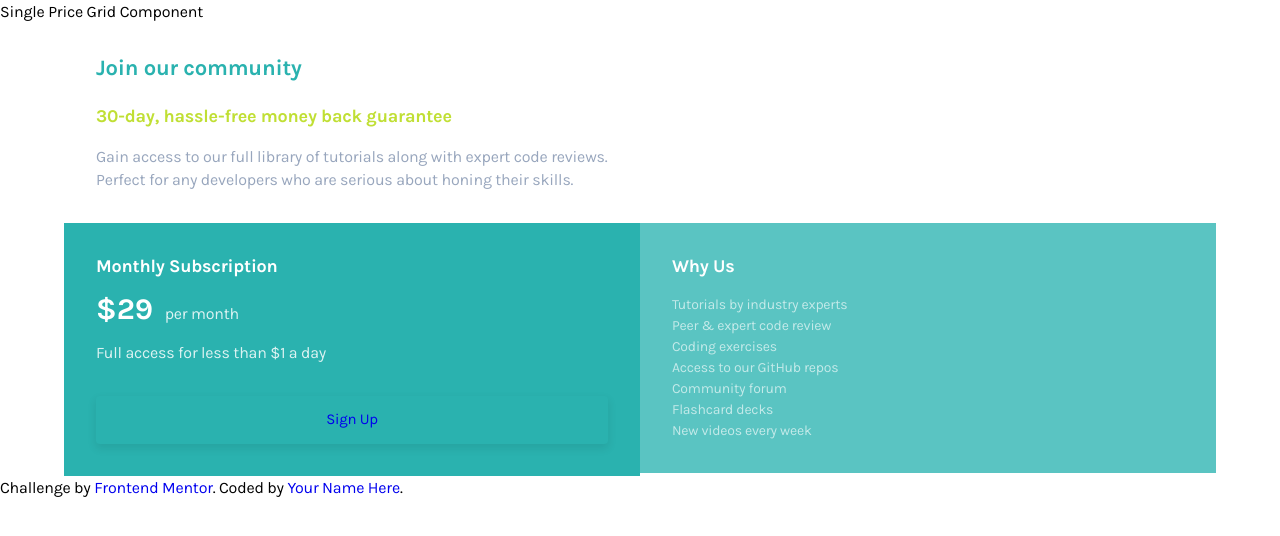
Repository: bangjuyoung/bangjuyoung
Page: practice/frontend-mentor/single-price-grid-component/index.html
An editor plug-in stored every save of this project. The page is shown before and after the next save, followed by the edit.
The browser window is 1280 px wide. The pictures show the whole page.

Above is the page before, as saved 2019-06-16 14:46:48.

### practice/frontend-mentor/single-price-grid-component/index.html
<!DOCTYPE html>
<html lang="en">

<head>
  <meta charset="UTF-8">
  <meta name="viewport" content="width=device-width, initial-scale=1.0">
  <title>Frontend Mentor | Single Price Grid Component</title>
  <link rel="icon" type="image/png" sizes="32x32" href="./images/favicon-32x32.png">
  <link rel="stylesheet" href="../../../assets/css/base.css">
  <link href="https://fonts.googleapis.com/css?family=Karla:400,700&display=swap" rel="stylesheet">
  <link rel="stylesheet" href="./default.css">
</head>

<body>
  <main role="main">
    <h1>Single Price Grid Component</h1>
    <article class="single-price__wrapper">

      <div class="single-price__primary">
        <section class="text-primary--gray single-price single-price1">
          <div class="single-price__body">
            <h2 class="text-primary single-price__title">Join our community</h2>
            <h3 class="text-secondary single-price__subtitle">30-day, hassle-free money back guarantee</h3>
            <p>Gain access to our full library of tutorials along with expert code reviews.</p>
            <p>Perfect for any developers who are serious about honing their skills.</p>
          </div>
        </section>
      </div>

      <div class="single-price__secondary">
        <section class="theme-primary single-price single-price2">
          <div class="single-price__body">
            <h3 class="text-white single-price__subtitle">Monthly Subscription</h3>
            <div class="single-price__divider">
              <p class="text-light single-price__text"><strong
                  class="text-white single-price__display1">&dollar;29</strong> per month</p>
              <p class="single-price__text">Full access for less than &dollar;1 a day</p>
            </div>
            <a href="/" class="btn btn-secondary btn-block btn--float">Sign Up</a>
          </div>
        </section>

        <section class="theme-primary--light single-price single-price3">
          <div class="single-price__body single-price__body2">
            <h4 class="text-white single-price__subtitle">Why Us</h4>
            <p>
              Tutorials by industry experts<span class="newline"></span>
              Peer &amp; expert code review<span class="newline"></span>
              Coding exercises<span class="newline"></span>
              Access to our GitHub repos<span class="newline"></span>
              Community forum<span class="newline"></span>
              Flashcard decks<span class="newline"></span>
              New videos every week
            </p>
          </div>
        </section>
      </div>

    </article>
  </main>


  <footer role="contentinfo">
    <p class="attribution">
      Challenge by <a href="https://www.frontendmentor.io?ref=challenge" target="_blank" rel="noopener">Frontend
        Mentor</a>.
      Coded by <a href="#">Your Name Here</a>.
    </p>
  </footer>
</body>

</html>

### assets/css/base.css
@charset "UTF-8";

/*
// Base
//
// Normalization of HTML elements, manually forked from Normalize.css to remove
// styles targeting irrelevant browsers while applying new styles.
//
// Normalize is licensed MIT. https://github.com/necolas/normalize.css
*/

/*
 * Document
 */

*,
*::before,
*::after {
  /* padding 과 border 가 요소 너비에 포함되도록 설정 */
  box-sizing: border-box;
}

html {
  /* 모든 브라우저에 기본 폰트 및 line-height 설정 */
  font-family: sans-serif;
  line-height: 1.15;
  /* window 폰의 IE 나 iOS 에서 방향 변경시 폰트 사이즈 수정되는 현상 막음 */
  -webkit-text-size-adjust: 100%;
  /* @viewport 설정시 IE11 과 Edge 에서 스크롤바가 컨텐트에 겹치므로 겹치지 않고 자동 숨김 되지 않도록 강제 */
  -ms-overflow-style: scrollbar;
  /* iOS 에서 완전히 투명으로 보이기 위해 기본 탭 하이라이트 변경 */
  -webkit-tap-highlight-color: rgba(0, 0, 0, 0);
}

/* IE10 이하 및 오래된 브라우저에서 새 HTML5 요소들 맞게 표시 */
article,
aside,
figcaption,
figure,
footer,
header,
hgroup,
main,
nav,
section {
  display: block;
}

/* 여백 초기화 */
body,
h1,
h2,
h3,
h4,
h5,
h6,
p,
ol,
ul,
dl,
blockquote,
pre,
figure,
input,
button,
select,
optgroup,
textarea,
fieldset {
  margin: 0;
}

/*
 * Body
 */

/*
  -apple-system, // Safari for OS X and iOS (San Francisco)
  BlinkMacSystemFont, // Chrome < 56 for OS X (San Francisco)
  "Segoe UI", // Windows
  "Roboto", // Android
  "Helvetica Neue", Arial, sans-serif, // Basic web fallback
  "Apple Color Emoji", "Segoe UI Emoji", "Segoe UI Symbol" !default; // Emoji fonts
 */

body {
  font-family: -apple-system, BlinkMacSystemFont, 'Segoe UI', Roboto,
    'Helvetica Neue', Arial, Noto Sans, sans-serif, 'Apple Color Emoji',
    'Segoe UI Emoji', 'Segoe UI Symbol', 'Noto Color Emoji';
  font-size: 1rem;
  font-weight: 400;
  line-height: 1.5;
  /* 명시적으로 기본값을 지정해 하위 요소들이 상속 받을 수 있게 함 */
  text-align: left;
  /* 기본 배경색 지정 */
  background-color: #fff;
}

body,
input,
textarea,
select,
button {
  font-synthesis: none;
  -moz-font-feature-settings: 'kern';
  -webkit-font-smoothing: antialiased;
  -moz-osx-font-smoothing: grayscale;
}

/*
 * Future-proof rule: in browsers that support :focus-visible,
 * focus outline 을 표시하지 않는 요소에 프로그램적으로 포커스가 갔을때 focus outline 숨김
 *
 * See https://developer.mozilla.org/en-US/docs/Web/CSS/:focus-visible
 * and https://developer.paciellogroup.com/blog/2018/03/focus-visible-and-backwards-compatibility/
 */
[tabindex='-1']:focus:not(:focus-visible) {
  outline: 0 !important;
}

/*
 * Content grouping
 *
 */

hr {
  box-sizing: content-box;
  height: 0;
  /* Edge와 ie에서 overflow 표시 */
  overflow: visible;
}

/*
 * Typography
 */

h1,
h2,
h3,
h4,
h5,
h6 {
  font-size: inherit;
  font-weight: inherit;
}

/*
 * Abbreviations
 */

abbr[title] {
  /* Chrome, Edge, IE, Opera, 그리고 Safari 에서 테스트 표시줄 스타일 정정 */
  text-decoration: underline;
  text-decoration: underline dotted;
  /* 바뀐 행위를 나타내기 위해 명시적으로 커서를 추가 */
  cursor: help;
  /* Firefox 39이하에서 나타나는 테스트 하단 테투리 제거 */
  border-bottom: 0;
  /* 텍스트 표시줄이 건너뛰지 않도록 설정 */
  text-decoration-skip-ink: none;
}

address {
  font-style: normal;
  line-height: inherit;
}

b,
strong {
  /* Chrome, Edge, 그리고 Safari 에서 올바른 글자 굵기 정정 */
  font-weight: bolder;
}

small {
  /* 모든 브라우저에서 글자 크기 정정 */
  font-size: 85%;
}

/*
 * 모든 브라우저에서 sub 과 sup 요소들이 즐 간격 영향 받지 않도록 설정
 */

sub,
sup {
  position: relative;
  font-size: 75%;
  line-height: 0;
  vertical-align: baseline;
}

sub {
  bottom: -0.25em;
}

sup {
  top: -0.5em;
}

/*
 * Links
 */

a {
  text-decoration: none;
  /* IE 10 에서 현재 열려 있는 링크에 나타나는 회색배경색을 제거 */
  background-color: transparent;
}

a:hover {
  text-decoration: underline;
}

/*
 * tablindex 없이는 명시적으로 키보드 포커스가 가능하지 않도록 href 속성이 없는 플레이스 홀더 링크/네임 앵커에 대한 스타일 재지정
 * 단순히 a[href] 로 스타일 지정이 간단할 수 있지만, 많은 다른 스타일내에서 고치기엔 복잡한 특정 이슈 유발 가능성 존재
 * See https://github.com/twbs/bootstrap/issues/19402
 */

a:not([href]):not([tabindex]) {
  color: inherit;
  text-decoration: none;
}

a:not([href]):not([tabindex]):hover,
a:not([href]):not([tabindex]):focus {
  color: inherit;
  text-decoration: none;
}

a:not([href]):not([tabindex]):focus {
  outline: 0;
}

/*
 * Code
 */

pre,
code,
kbd,
samp {
  font-family: SFMono-Regular, Menlo, Monaco, Consolas, 'Liberation Mono',
    'Courier New', monospace;
  /* 모든 브라우저에서 이상한 em 글자 크기 정정 */
  font-size: 1em;
}

pre {
  /* 바깥 영역을 깨지 않도록 내용 영역 오버플로우 설정 */
  overflow: auto;
  /* IE11 와 Edge 에서 @viewport 설정시 스크롤바가 내용을 덮는 현상에서 내용 덮지 않고 자동으로 숨겨지지 않도록 재지정  */
  -ms-overflow-style: scrollbar;
}

/*
 * Images and content
 */

img {
  vertical-align: middle;
  /* IE10 이하에서 링크 내 이미지 요소들에 테두리 제거 */
  border-style: none;
}

svg {
  /*
     * IE10/11 에서 오버플로우 되는 버그로 인해 필요
     * See https://github.com/twbs/bootstrap/issues/26878
     */
  overflow: hidden;
  vertical-align: middle;
}

/*
 * Tables
 */

table {
  /* Prevent double borders 테두리들이 맞 닿았을 때 합쳐지도록 설정 */
  border-collapse: collapse;
}

/* body 요소나 가장 가까운 부모로 부터 지정된 텍스트 정렬 요소를 상속해 td 요소 정렬과 일치 */
caption,
th {
  text-align: inherit;
}

/*
 * Forms
 */

/*
 * macOS Chrome 에서 추가되는 기본 border-radius  제거
 * Details at https://github.com/twbs/bootstrap/issues/24093
 */
button {
  border-radius: 0;
}

/* Firefox/IE 에서 button 배경색이 투명일 때 기본 button 포커스 스타일이 손실되는 버그 피함
 * Credit: https://github.com/suitcss/base/
 */
button:focus {
  outline: 1px dotted;
  outline: 5px auto -webkit-focus-ring-color;
}

input,
button,
select,
optgroup,
textarea {
  font-family: inherit;
  font-size: inherit;
  line-height: inherit;
}

button,
input {
  /* Edge 에서 overflow 보임  */
  overflow: visible;
}

button,
select {
  /* Firefox 에서 텍스트 변형 상속되는 것을 제거 */
  text-transform: none;
}

/* 1. Android 4 에서 기본 audio 와 video 컨트롤이 제거되는 WebKit 버그 제거 */
button,
[type="button"],
/* 1 */
[type="reset"],
[type="submit"] {
  /* iOS 와 Safari 에서 클릭 가능한 타입으로 스타일 정정  */
  -webkit-appearance: button;
}

/* Firefox 에서 안쪽 테두리와 여백 제거하고 Normalize 처럼 outline 을 복원하지 않음 */
button::-moz-focus-inner,
[type='button']::-moz-focus-inner,
[type='reset']::-moz-focus-inner,
[type='submit']::-moz-focus-inner {
  padding: 0;
  border-style: none;
}

/* IE 10 이하에서 box sizing 정정 추가 및 padding 제거 */
input[type='radio'],
input[type='checkbox'] {
  box-sizing: border-box;
  padding: 0;
}

input[type='date'],
input[type='time'],
input[type='datetime-local'],
input[type='month'] {
  /* Mobile Safari 에서 line-height 설정시 텍스트가 input 내 수직 중양 정렬되지 않는 버그를 피하기 위해 시간 input 기본 모양 제거
    // See https://bugs.webkit.org/show_bug.cgi?id=139848
    // and https://github.com/twbs/bootstrap/issues/11266
    */
  -webkit-appearance: listbox;
}

textarea {
  /* IE 에서 기본 수직 스크롤바 제거 */
  overflow: auto;
  /* textarea 는 수직으로만 리사이즈 되도록 설정 */
  resize: vertical;
}

fieldset {
  /*
     * fieldsets 은 min-width이 min-content 로 일반 블록 요소처럼 min-width 재지정
     * See https://github.com/twbs/bootstrap/issues/12359
     * and https://html.spec.whatwg.org/multipage/#the-fieldset-and-legend-elements
     * 페이지 레이아웃에 영향을 주지 않도록 기본 스타일 리셋
     */
  min-width: 0;
  padding: 0;
  border: 0;
}

/* 1. Edge 와 IE 에서 텍스트 래핑 정정 */
legend {
  display: block;
  width: 100%;
  /* 1 */
  max-width: 100%;
  margin-bottom: 0.5rem;
  padding: 0;
  font-size: 1.5rem;
  /* IE 에서 fieldset 요소로 부터 색상 상속하도록 정정 */
  color: inherit;
  line-height: inherit;
  /* 1 */
  white-space: normal;
}

progress {
  /* Chrome, Firefox, Opera 에서 vertical alignment 스타일 추가 */
  vertical-align: baseline;
}

[type='number']::-webkit-inner-spin-button,
[type='number']::-webkit-outer-spin-button {
  /* Chrome 에서 증감 버튼 커서 스타일 정정 */
  height: auto;
}

[type='search'] {
  /*
     * iOS 에서 검색 input 의 추가적인 둥근 코너를 오버라이드하여
     * 기본 form-control 클래스 스타일이 적절히 스타일 적용될 수 있도록 함
     * https://github.com/twbs/bootstrap/issues/11586.
     * Safari 에서 outline 스타일 정정
     */
  outline-offset: -2px;
  -webkit-appearance: none;
}

/*
 * macOS 에서 Chrome 과 Safari 에서 안쪽 여백 제거
 */

[type='search']::-webkit-search-decoration {
  -webkit-appearance: none;
}

::-webkit-file-upload-button {
  font: inherit;
  /* iOS 와 Safari 에서 클릭가능한 타입으로 정정 */
  -webkit-appearance: button;
}

/*
* 요소 디스플레이 정정
*/

output {
  display: inline-block;
}

summary {
  /* 모든 브라우저에서 적절한 디스플레이 속성 추가 */
  display: list-item;
  cursor: pointer;
}

template {
  /* IE에서 필요 */
  display: none;
}

[hidden] {
  /* hidden 속성을 가진 HTML 요소는 항상 숨김 (from PureCSS), IE 10 이하에서 필요 */
  display: none !important;
}

### practice/frontend-mentor/single-price-grid-component/default.css
@charset "UTF-8";

html {
    font-size: 15px;
}

body {
    font-family: 'Karla', sans-serif;
    letter-spacing: -0.013em;
    line-height: 1.44;
}

@media (min-width: 48rem) {
    html {
        font-size: 16px;
    }
}

.btn {
    display: inline-block;
    padding: 0.75rem 1.25rem;
    font-size: 0.9375rem;
    text-align: center;
    border: 1px solid transparent;
    border-radius: 0.25rem;
}

.btn:hover {
    text-decoration: none;
}

.btn-block {
    width: 100%;
}

.btn--float {
    box-shadow: 0 4px 8px 1px rgba(0, 0, 0, 0.08);
}

.newline {
    display: block;
}


/*
 * single-price
 */
.single-price__wrapper {
    max-width: 36rem;
    margin-left: auto;
    margin-right: auto;
}

.single-price__divider {
    margin-bottom: 2rem;
}

.single-price__text+.single-price__text {
    margin-top: 1rem;
}

.single-price__body {
    padding: 2rem;
}

@media (min-width: 74rem) {
    .single-price__wrapper {
        max-width: 72rem;
    }

    .single-price__secondary::after {
        content: '';
        display: block;
        clear: both;
    }

    .single-price__secondary .single-price {
        float: left;
        width: 50%;
    }
}

.single-price__title {
    margin-bottom: 1.5rem;
    font-size: 1.375rem;
    font-weight: 700;
    line-height: 1.2;
}

.single-price__subtitle {
    margin-bottom: 1rem;
    font-size: 1.125rem;
    font-weight: 700;
    line-height: 1.3;
}

.single-price__display1 {
    font-size: 1.875rem;
    font-weight: 700;
    letter-spacing: 0;
    line-height: 1;
}

.single-price__body2 {
    font-size: 0.875rem;
    line-height: 1.5;
}


/*
 * specific
 */

.single-price2 .single-price__display1 {
    margin-right: 0.5rem;
}

.single-price3 .newline {
    display: none;
}

@media (min-width: 74rem) {
    .single-price3 .newline {
        display: block;
    }
}


/*
 * theme
 */
.theme-primary {
    color: rgba(255, 255, 255, 0.84);
    background-color: hsl(179, 62%, 43%);
}

.theme-primary--light {
    color: rgba(255, 255, 255, 0.64);
    background-color: hsl(179, 47%, 56%);
}

.text-primary {
    color: hsl(179, 62%, 43%);
}

.text-primary--gray {
    color: hsl(218, 22%, 67%);
}

.text-secondary {
    color: hsl(71, 73%, 54%);
}

.text-gray--pale {
    color: hsl(204, 43%, 93%);
}

.text-white {
    color: #fff;
}

After the next save:
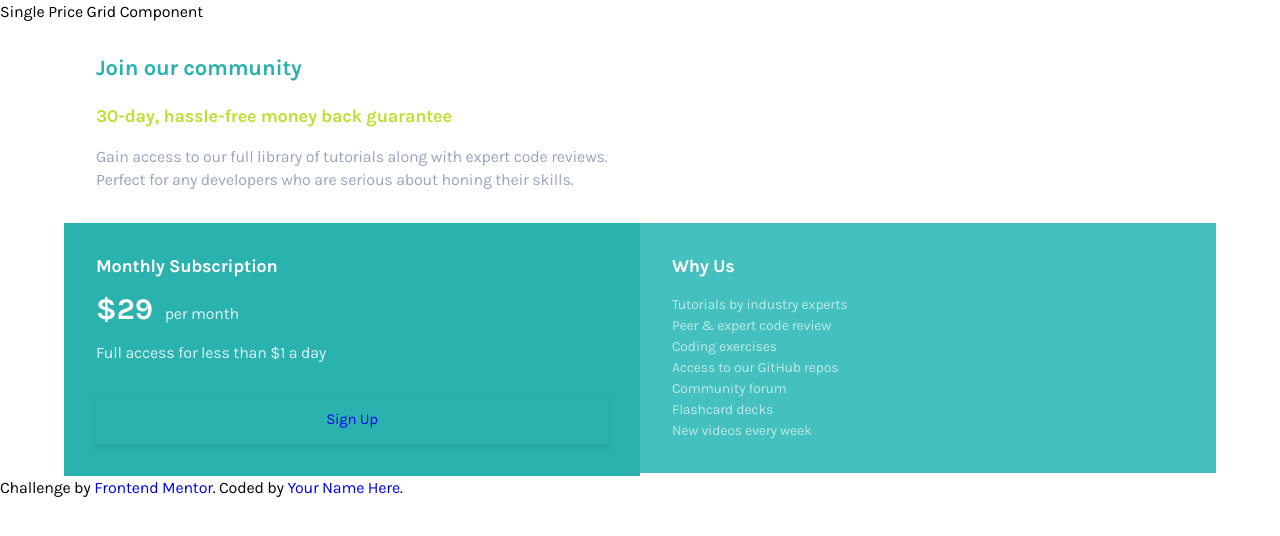
Saved 36 s later.
--- a/practice/frontend-mentor/single-price-grid-component/default.css
+++ b/practice/frontend-mentor/single-price-grid-component/default.css
@@ -136,7 +136,7 @@ body {
 
 .theme-primary--light {
     color: rgba(255, 255, 255, 0.64);
-    background-color: hsl(179, 47%, 56%);
+    background-color: hsl(179, 50%, 51%);
 }
 
 .text-primary {
